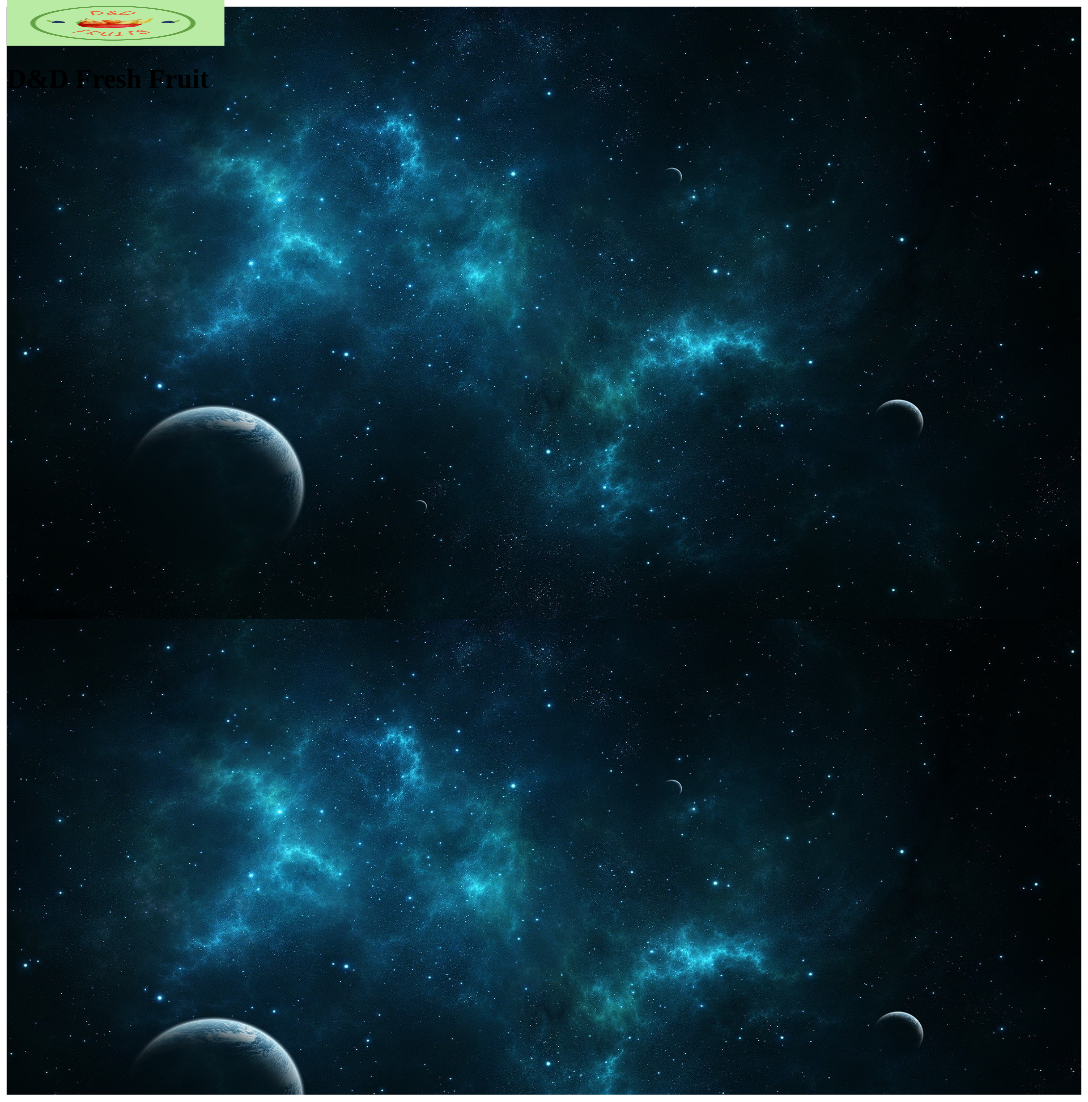
Repository: madd107/demo-form
Page: Assigment_FEE/CaseStudy_2.html
The author's editor kept a copy of each file at every save. The page is drawn from the files as they stood at one save, then again after the next save.
The browser window is 1280 px wide. The pictures show the whole page, at 85% of full size.
Backgrounds fixed to the window are drawn as part of the page.

Above is the page before, as saved 2021-10-01 16:33:27.

### Assigment_FEE/CaseStudy_2.html
<!DOCTYPE html>
<html lang="en">
  <head>
    <meta charset="UTF-8" />
    <meta http-equiv="X-UA-Compatible" content="IE=edge" />
    <meta name="viewport" content="width=device-width, initial-scale=1.0" />
    <title>Document</title>
    <link rel="stylesheet" href="css/CaseStudy_2.css" />
  </head>
  <body>
    <div class="wrapper">
      <div class="topbar">
        <div class="logo">
          <img src="image/D&D Fruits.png" alt="" />
        </div>
        <div class="navigation">
          <h1>D&D Fresh Fruit</h1>
        </div>
      </div>
      <div class="gridform">
        <div class="gridbox"></div>
      </div>
      <div class="box">
        <div class="b"></div>
      </div>
      <div class="footer"></div>
    </div>
  </body>
</html>

### Assigment_FEE/css/CaseStudy_2.css
.wrapper {
  margin: 0 auto;
  width: 100%;
  height: 1280px;
  background-image: url(/Assigment_FEE/image/wallpaper_hd_by_sinhvienit\ 89.jpg);
  background-position: center;
  background-repeat: no-repeat;
  background-attachment: fixed;
  background-size: 100%;
}
.topbar {
  width: 100%;
  height: 7.5%;
  position: fixed;
  top: 0;
}
.logo {
  width: 20%;
  height: 100%;
  position: relative;
  top: 0%;
}
.logo img {
  width: 100%;
  height: 100%;
}

After the next save:
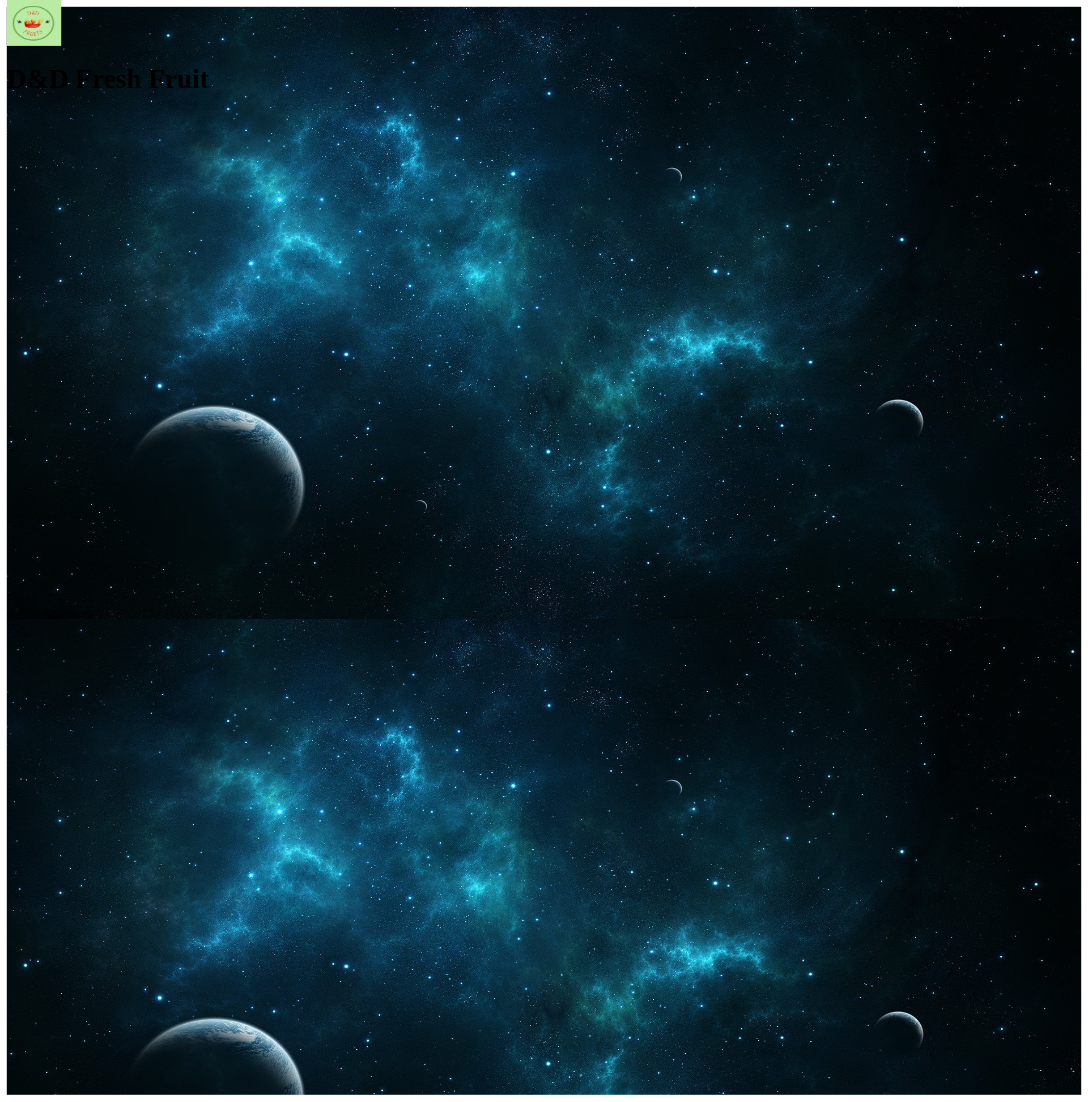
Saved 19 s later.
--- a/Assigment_FEE/css/CaseStudy_2.css
+++ b/Assigment_FEE/css/CaseStudy_2.css
@@ -15,7 +15,7 @@
   top: 0;
 }
 .logo {
-  width: 20%;
+  width: 5%;
   height: 100%;
   position: relative;
   top: 0%;
